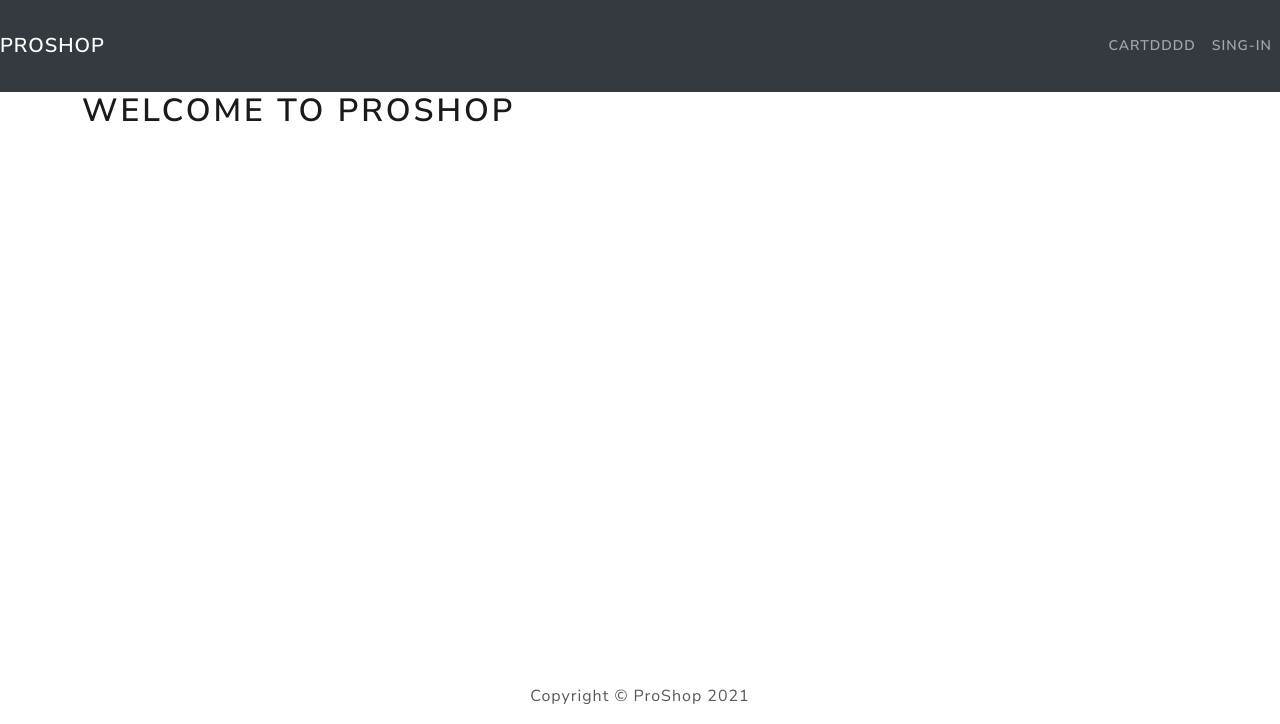
Repository: Erangr90/ProShop
Page: / (app in frontend/)
These files come from the project's save history. The page is drawn as it stood at one moment and after the next save; the edit follows.
The browser window is 1280 px wide. The pictures show the whole page.
The project was rebuilt for these pictures with package versions that can differ from the ones it lists, and the page was loaded fresh each time.

Above is the page before, as saved 2021-05-29 18:29:00.

### frontend/public/index.html
<!DOCTYPE html>
<html lang="en">
  <head>
    <meta charset="utf-8" />
    <link rel="icon" href="%PUBLIC_URL%/favicon.ico" />
    <meta name="viewport" content="width=device-width, initial-scale=1" />
    <meta name="theme-color" content="#000000" />
    <meta
      name="description"
      content="ProShop - the best prices"
    />
    <link rel="apple-touch-icon" href="%PUBLIC_URL%/logo192.png" />
    <link rel="manifest" href="%PUBLIC_URL%/manifest.json" />
    <title>Welcome to ProShop</title>
  </head>
  <body>
    <div id="root"></div>
  </body>
</html>

### frontend/src/index.js
import React from 'react';
import ReactDOM from 'react-dom';

import './index.css';
import './bootstrap.min.css'
import App from './App';
import reportWebVitals from './reportWebVitals';

ReactDOM.render(
  <React.StrictMode>
    <App />
  </React.StrictMode>,
  document.getElementById('root')
);

// If you want to start measuring performance in your app, pass a function
// to log results (for example: reportWebVitals(console.log))
// or send to an analytics endpoint. Learn more: https://bit.ly/CRA-vitals
reportWebVitals();

### frontend/src/App.js
import React from 'react'
import { Container } from 'react-bootstrap'
import Header from './components/Header'
import Footer from './components/Footer'

function App() {
  return (
    <>
    <Header/>
    <main>
    <Container><h1>Welcome to ProShop</h1></Container>
    </main>
    <Footer/>
    </>
  );
}

export default App;

### frontend/src/components/Header.jsx
import React from 'react'
import {Navbar,Nav, Container} from 'react-bootstrap'

const Header = () => {
    return (
        <>
            <Navbar bg="dark" variant='dark' expand="lg" collapseOnSelect>
                <Navbar.Brand href="/">ProShop</Navbar.Brand>
                <Navbar.Toggle aria-controls="basic-navbar-nav"/>
                <Navbar.Collapse id="basic-navbar-nav" >
                    <Nav className='ms-auto'>
                        <Nav.Link href="/cart">Cartdddd</Nav.Link>
                        <Nav.Link href="/login">Sing-in</Nav.Link>
                    </Nav>
                </Navbar.Collapse>
            </Navbar>
        </>
    )
}

export default Header

### frontend/src/components/Footer.jsx
import React from 'react'
import { Container,Row,Col } from 'react-bootstrap'

const Footer = () => {
    return (
        <footer>
        <Container>
            <Row>
                <Col className='text-center py-3'>
                    Copyright &copy; ProShop 2021
                </Col>
            </Row>
        </Container>
        </footer>
    )
}

export default Footer

Loaded but not shown: frontend/src/index.css (common file); frontend/src/bootstrap.min.css (library); frontend/src/reportWebVitals.js (common file)

After the next save:
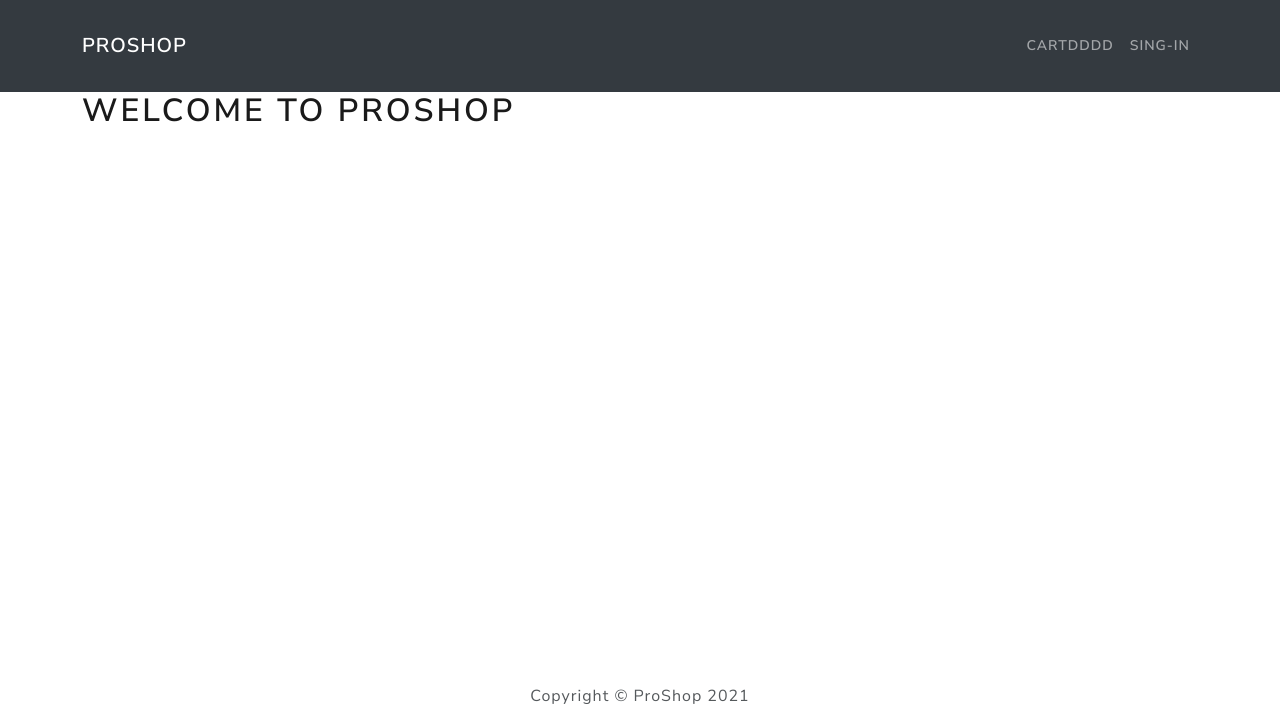
Saved 46 s later.
--- a/frontend/src/components/Header.jsx
+++ b/frontend/src/components/Header.jsx
@@ -3,8 +3,9 @@
 
 const Header = () => {
     return (
-        <>
+        <header>
             <Navbar bg="dark" variant='dark' expand="lg" collapseOnSelect>
+            <Container>
                 <Navbar.Brand href="/">ProShop</Navbar.Brand>
                 <Navbar.Toggle aria-controls="basic-navbar-nav"/>
                 <Navbar.Collapse id="basic-navbar-nav" >
@@ -13,8 +14,9 @@
                         <Nav.Link href="/login">Sing-in</Nav.Link>
                     </Nav>
                 </Navbar.Collapse>
+            </Container>
             </Navbar>
-        </>
+        </header>
     )
 }
 
